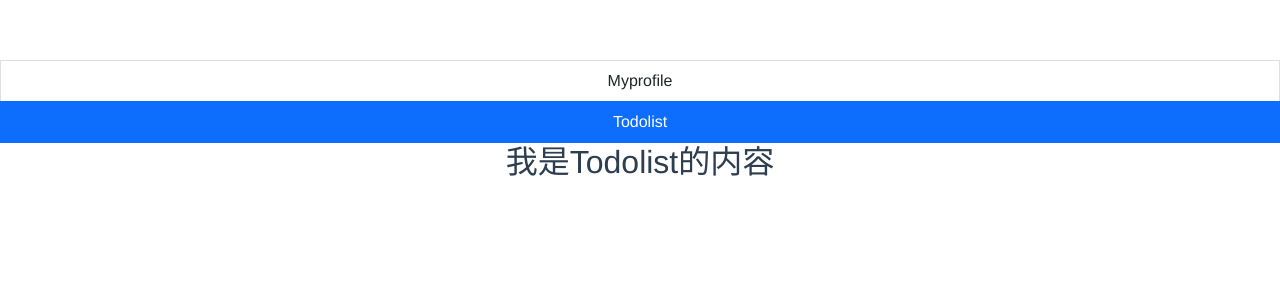
Repository: Shanshan67/todolist
Page: /#/todolist
The author's editor kept a copy of each file at every save. The page is drawn from the files as they stood at one save, then again after the next save.
The browser window is 1280 px wide. The pictures show the whole page.
The project was rebuilt for these pictures with package versions that can differ from the ones it lists, and the page was loaded fresh each time. Also part of the build but not shown: src/components/HelloWorld.vue, src/components/Myprofile.vue.

Above is the page before, as saved 2022-07-15 14:48:32.

### index.html
<!DOCTYPE html>
<html>
  <head>
    <meta charset="utf-8">
    <meta name="viewport" content="width=device-width,initial-scale=1.0">
    <title>baoge</title>
  </head>
  <body>
    <div id="app"></div>
    <!-- built files will be auto injected -->
  </body>
</html>

### src/main.js
// The Vue build version to load with the `import` command
// (runtime-only or standalone) has been set in webpack.base.conf with an alias.
import Vue from 'vue'
import App from './App'
import router from './router'
import "bootstrap/dist/css/bootstrap.min.css"

Vue.config.productionTip = false

/* eslint-disable no-new */
new Vue({
  el: '#app',
  router,
  components: { App },
  template: '<App/>'
})

### src/App.vue
<template>
  <div id="app">
    <div>
      <router-link class="list-group-item" active-class="active" to="/profile">Myprofile</router-link>
      <router-link class="list-group-item" active-class="active" to="/todolist">Todolist</router-link>
    </div>
    <div>
      <router-view/>
    </div>
  </div>
</template>

<script>
export default {
  name: 'App'
}
</script>

<style>
#app {
  font-family: 'Avenir', Helvetica, Arial, sans-serif;
  -webkit-font-smoothing: antialiased;
  -moz-osx-font-smoothing: grayscale;
  text-align: center;
  color: #2c3e50;
  margin-top: 60px;
}
</style>

### src/router/index.js
import Vue from 'vue'
import Router from 'vue-router'
import HelloWorld from '@/components/HelloWorld'
import Myprofile from '../components/Myprofile'
import Todolist from '../components/Todolist'

Vue.use(Router)

export default new Router({
  routes: [
    {
      path: '/',
      name: 'HelloWorld',
      component: HelloWorld
    },
    {
			path:'/profile',
			component:Myprofile
		},
		{
			path:'/todolist',
			component:Todolist
		}
  ]
})

### src/components/Todolist.vue
<template>
	<h2>我是Todolist的内容</h2>
</template>

<script>
	export default {
		name:'Todolist'
	}
</script>

After the next save:
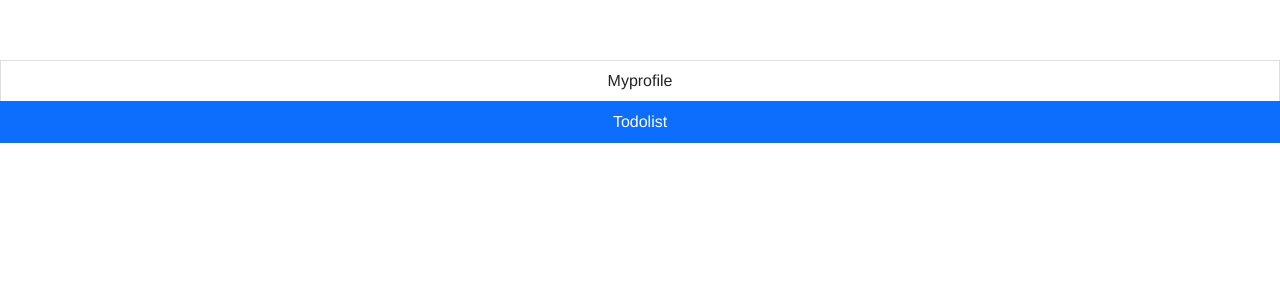
Saved 79 min 2 s later.
--- a/src/components/Todolist.vue
+++ b/src/components/Todolist.vue
@@ -1,5 +1,11 @@
 <template>
-	<h2>我是Todolist的内容</h2>
+	<div class="container">
+		<div class="row">
+			<div class="col-12">
+
+			</div>
+		</div>
+	</div>
 </template>
 
 <script>
